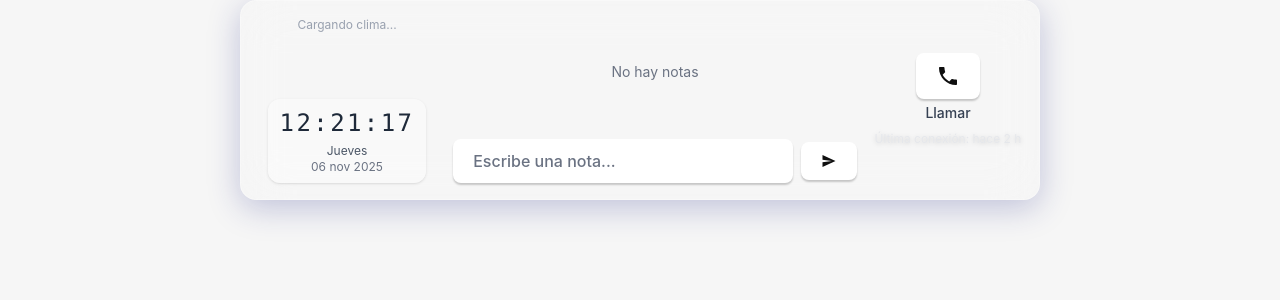
Repository: CodeByEvans/my-romantic-widget
Page: /
These files come from the project's save history. The page is drawn as it stood at one moment and after the next save; the edit follows.
The browser window is 1280 px wide. The pictures show the whole page.
The page's requests for data from a server got no answer. The project was rebuilt for these pictures with package versions that can differ from the ones it lists, and the page was loaded fresh each time. No one was signed in, and anything a server would have sent is missing. Also part of the build but not shown: vite.config.ts.

Above is the page before, as saved 2025-11-06 12:49:42.

After the next save:
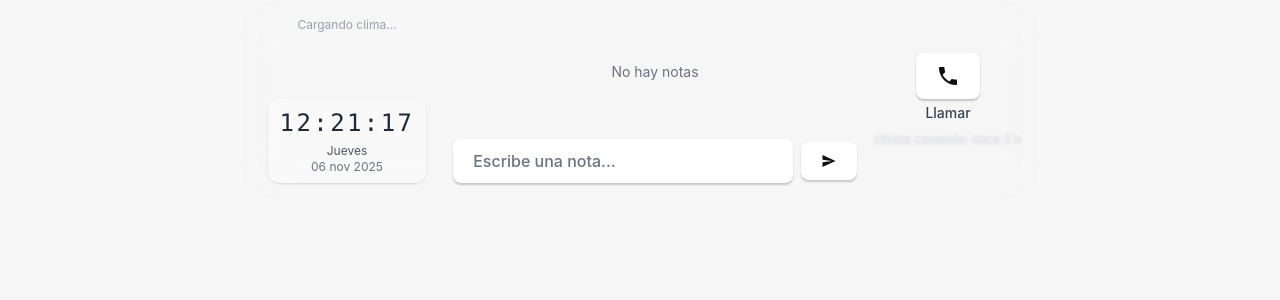
Saved 10 s later.
--- a/src/App.tsx
+++ b/src/App.tsx
@@ -10,7 +10,7 @@
     <main
       className="w-[800px] h-[200px] mx-auto flex items-center justify-between gap-4
                       backdrop-blur-xl backdrop-saturate-150
-                     border border-white/30 rounded-2xl shadow-[0_8px_32px_0_rgba(31,38,135,0.25)] p-4
+                     border border-white/30 rounded-2xl  p-4
                      text-gray-800"
     >
       {/* Clima + Reloj */}

After the save that followed:
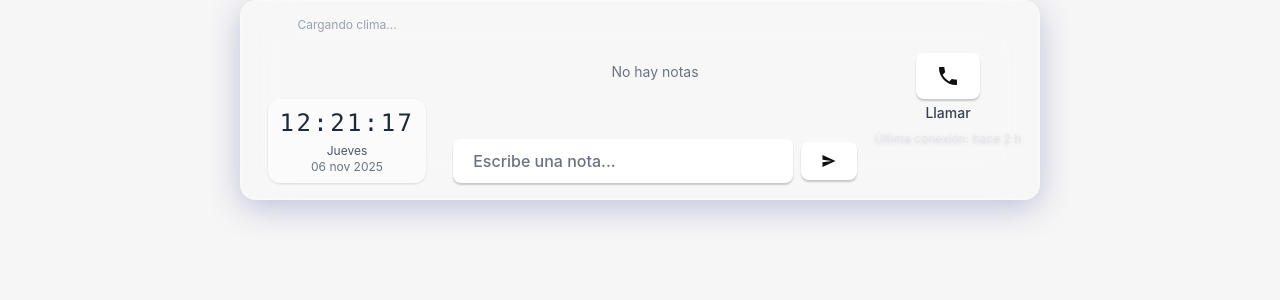
Saved 25 s later.
--- a/src/App.tsx
+++ b/src/App.tsx
@@ -9,8 +9,8 @@
   return (
     <main
       className="w-[800px] h-[200px] mx-auto flex items-center justify-between gap-4
-                      backdrop-blur-xl backdrop-saturate-150
-                     border border-white/30 rounded-2xl  p-4
+                     bg-white/20 backdrop-blur-xl backdrop-saturate-150
+                     border border-white/30 rounded-2xl shadow-[0_8px_32px_0_rgba(31,38,135,0.25)] p-4
                      text-gray-800"
     >
       {/* Clima + Reloj */}
